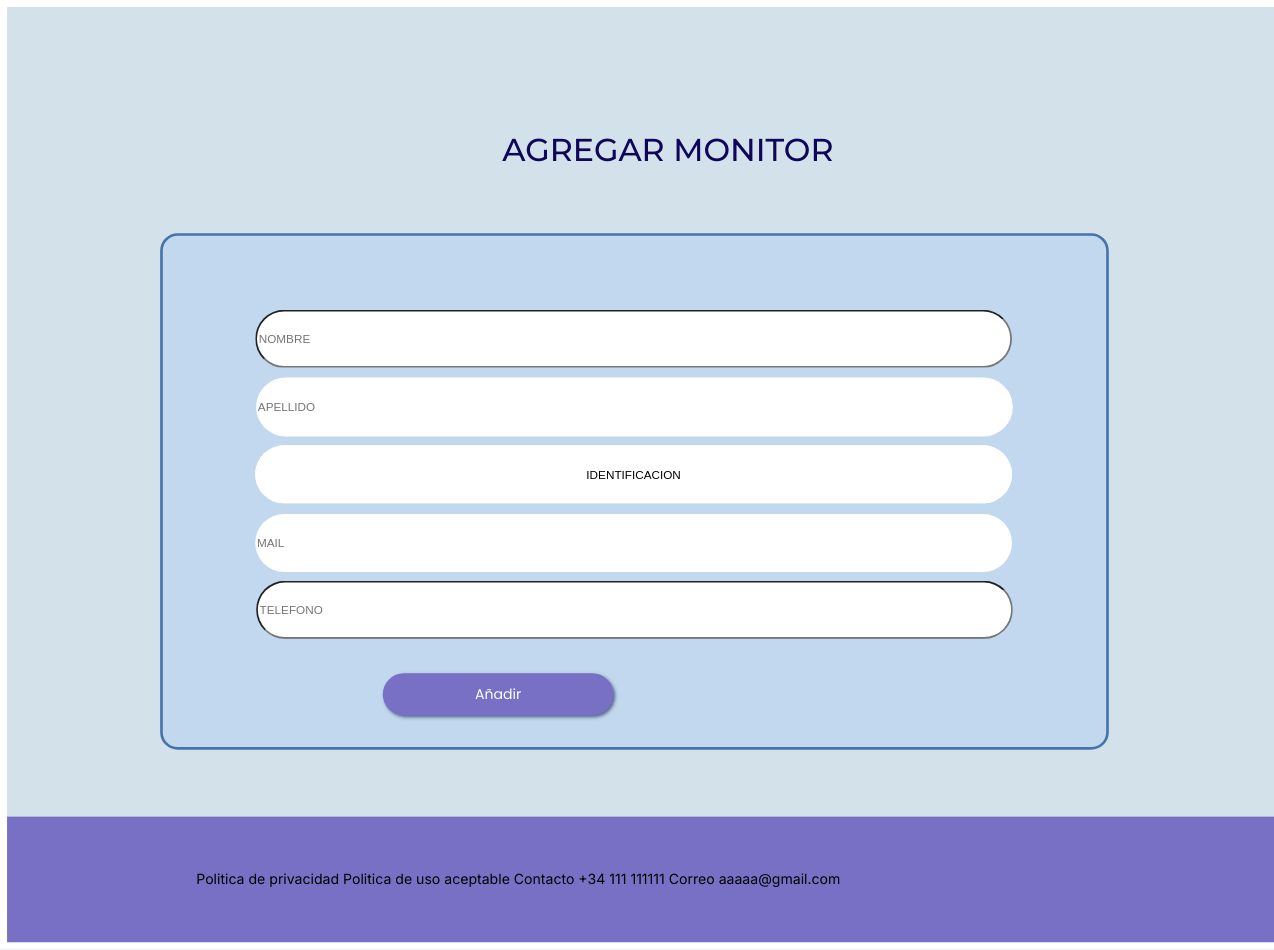
Repository: maariadomiingo/Proyecto-Integrador-Campamento
Page: html/agregarMonitor.html
The author's editor kept a copy of each file at every save. The page is drawn from the files as they stood at one save, then again after a run of saves.
The browser window is 1280 px wide. The page is 1448 px wide, so the pictures cover 1448 px, including what lies to the right of the window. The pictures show the whole page, at 88% of full size.

Above is the page before, as saved 2025-02-12 11:42:15.

After the next 3 saves:
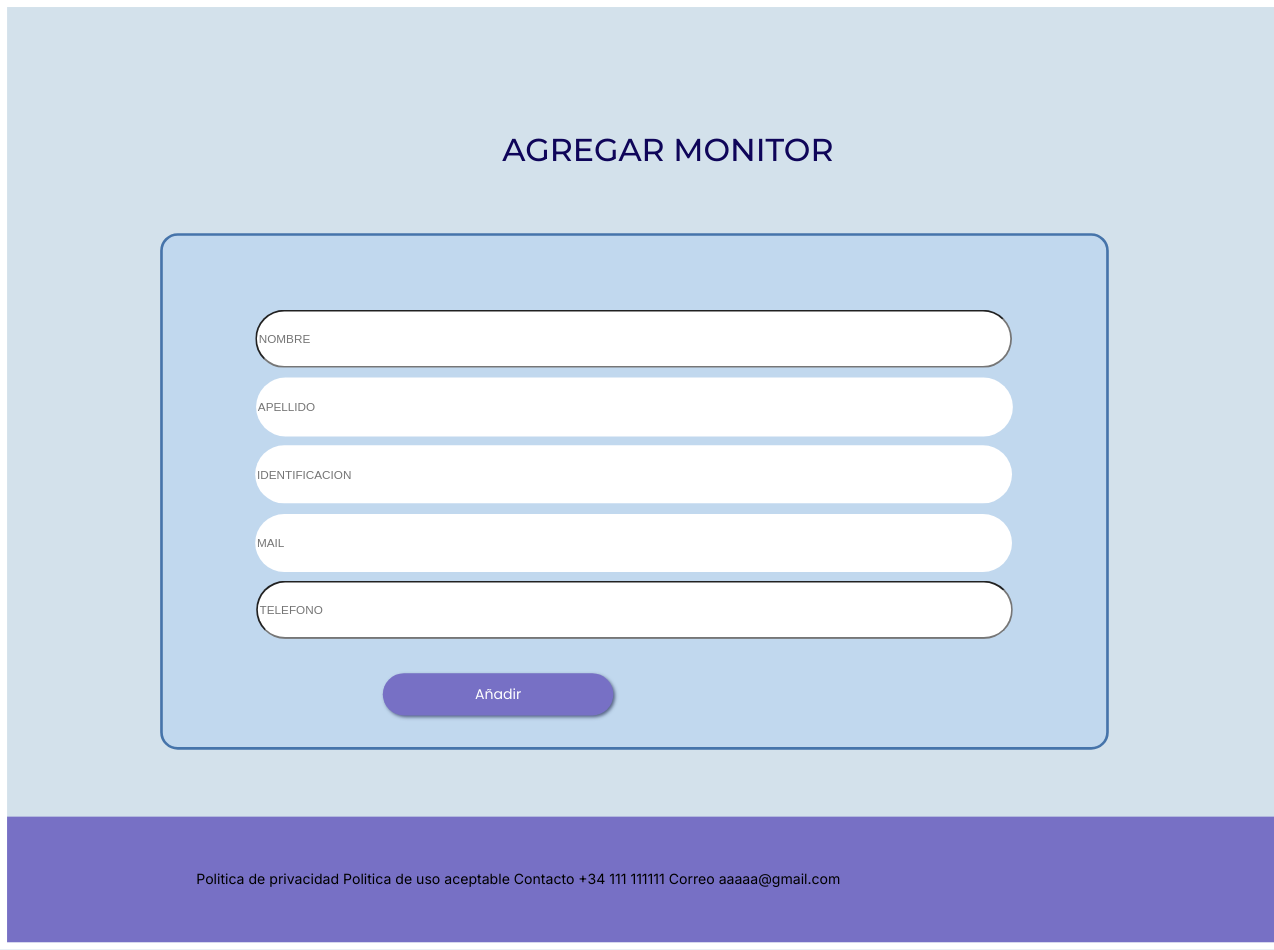
The 3 saves are shown as one change because they came seconds apart.
The last was saved 10 s later.
--- a/html/agregarMonitor.html
+++ b/html/agregarMonitor.html
@@ -27,9 +27,8 @@
       <input type="text" class="rectangle-7" name="apellido" placeholder="APELLIDO">
       <input type="email" class="rectangle-button-8" name="mail" placeholder="MAIL">
       <input type="text" class="rectangle-9" name="telefono" placeholder="TELEFONO">
-      <input type="text" class="rectangle-button" name="direccion" placeholder="DIRECCION">
+      <input type="text" class="rectangle-button" name="IDENTIFICACION" placeholder="IDENTIFICACION">
 
-      <button class="rectangle-button">IDENTIFICACION</button>
       <button class="primary-buttons">
         <span class="button">Añadir</span>
       </button>
